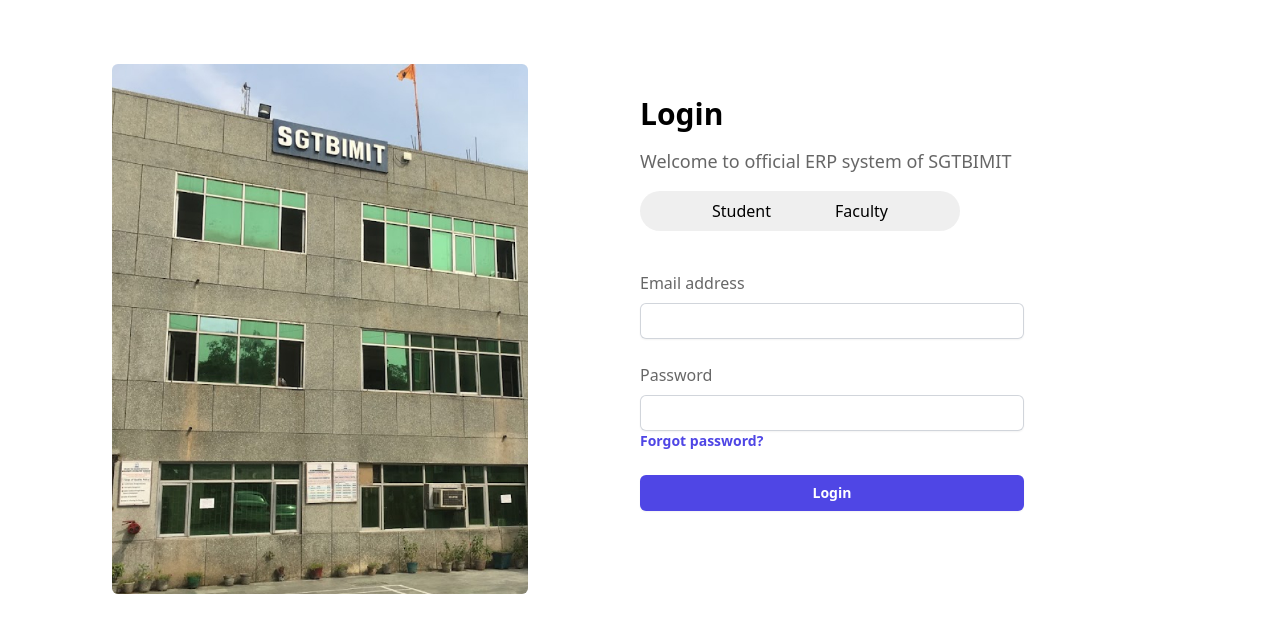
Repository: SehajBindra/SGTBIMIT-ERP-Client
Page: /StudentLogin
The author's editor kept a copy of each file at every save. The page is drawn from the files as they stood at one save, then again after the next save.
The browser window is 1280 px wide. The pictures show the whole page.
The project was rebuilt for these pictures with package versions that can differ from the ones it lists, and the page was loaded fresh each time. Also part of the build but not shown: src/LOGIN/Login.js, src/LOGIN/FACULTY/FacultyLogin.js, src/STUDENT_PAGE/StuBody.js, src/STUDENT_PAGE/StuSidebar.js, src/STUDENT_PAGE/StuHeader.js, src/STUDENT_PAGE/StudentHome.js, src/FACULTY_PAGE/FacBody.js, src/FACULTY_PAGE/FacHeader.js and 2 more.

Above is the page before, as saved 2023-05-14 16:06:29.

### src/App.js
import React from 'react';
import { BrowserRouter as Router, Routes, Route } from "react-router-dom";
import './App.css';
import Login from './LOGIN/Login';
import StudentLogin from './LOGIN/STUDENT/StudentLogin';
import FacultyLogin from './LOGIN/FACULTY/FacultyLogin';
import StuBody from './STUDENT_PAGE/StuBody';
import StudentHome from './STUDENT_PAGE/StudentHome';
import StuSidebar from './STUDENT_PAGE/StuSidebar';
import StuHeader from './STUDENT_PAGE/StuHeader';
import FacBody from './FACULTY_PAGE/FacBody';
import FacHeader from './FACULTY_PAGE/FacHeader';
import FacSidebar from './FACULTY_PAGE/FacSidebar';
import FacultyHome from './FACULTY_PAGE/FacultyHome';
function App() {
  return (
    <div className="App">
      <Router>
        <Routes>
        <Route exact path="/" element={<Login />}></Route>
        <Route exact path="StudentLogin" element={<StudentLogin/>}></Route>
        <Route exact path="FacultyLogin" element={<FacultyLogin/>}></Route>
        <Route exact path="StuBody" element={<StuBody/>}></Route>
        <Route exact path="StuSidebar" element={<StuSidebar/>}></Route>
        <Route exact path="StuHeader" element={<StuHeader/>}></Route>
        <Route exact path="StudentHome" element={<StudentHome/>}></Route>
        <Route exact path="FacBody" element={<FacBody/>}></Route>
        <Route exact path="FacHeader" element={<FacHeader/>}></Route>
        <Route exact path="FacSidebar" element={<FacSidebar/>}></Route>
        <Route exact path="FacultyHome" element={<FacultyHome/>}></Route>
        </Routes>
      </Router>
    </div>
  );
}

export default App;

### src/LOGIN/STUDENT/StudentLogin.js
import React, { useEffect, useState } from "react";
import VisibilityIcon from "@mui/icons-material/Visibility";
import VisibilityOffIcon from "@mui/icons-material/VisibilityOff";

const StudentLogin = () => {
  const [translate, setTranslate] = useState(false);
  const [username, setUsername] = useState("");
  const [password, setPassword] = useState("");
  const [showPassword, setShowPassword] = useState(false);
  const [loading] = useState(false);

  useEffect(() => {
    setTimeout(() => {
      setTranslate(true);
    }, 1000);
  }, []);

  return (
    <div className=" grid grid-cols-4 h-[530px] my-16 mx-auto max-w-7xl ">
      <div className=" col-span-2">
        <img
          className="hidden md:inline h-[530px] object-cover rounded-md"
          src="/sgtb.jpg"
          alt="banner_image"
        />
      </div>

      <div className="bg-white text-left   col-span-2 my-8">
        <h2 className="text-3xl  font-semibold">Login</h2>
        <p className="text-black/60 text-[18px] my-4">
          Welcome to official ERP system of SGTBIMIT
        </p>

        <div
          className="flex  flex-row items-center  justify-center h-10 text-[#
            1B449C] bg-[#EEEE] max-w-xs  space-x-16 capitalize text-[16px] rounded-[32px]"
        >
          <p>student</p>
          <p className="">faculty</p>
        </div>

        <div>
          <div className="mt-10 text-[16px]  sm:w-full sm:max-w-sm">
            <form className="space-y-6" action="#" method="POST">
              <div>
                <label className="block text-left  font-normal leading-6 text-black/60">
                  Email address
                </label>
                <div className="mt-2">
                  <input
                    id="email"
                    name="email"
                    type="email"
                    autoComplete="email"
                    required
                    className="block w-full rounded-md border-0 py-1.5 text-gray-900 shadow-sm ring-1 ring-inset ring-gray-300 placeholder:text-gray-400 focus:ring-2 focus:ring-inset focus:ring-indigo-600 sm:text-sm sm:leading-6"
                  />
                </div>
              </div>

              <div>
                <div className="flex items-center justify-between">
                  <label
                    htmlFor="password"
                    className="block  font-normal leading-6 text-black/60"
                  >
                    Password
                  </label>
                </div>
                <div className="mt-2">
                  <input
                    id="password"
                    name="password"
                    type="password"
                    autoComplete="current-password"
                    required
                    className="block w-full rounded-md border-0 py-1.5 text-gray-900 shadow-sm ring-1 ring-inset ring-gray-300 placeholder:text-gray-400 focus:ring-2 focus:ring-inset focus:ring-indigo-600 sm:text-sm sm:leading-6"
                  />
                </div>
                <div className="text-sm">
                  <a
                    href="#"
                    className="font-semibold text-indigo-600 hover:text-indigo-500"
                  >
                    Forgot password?
                  </a>
                </div>
              </div>

              <div>
                <button
                  type="submit"
                  className="flex w-full justify-center rounded-md bg-indigo-600 px-3 py-1.5 text-sm font-semibold leading-6 text-white shadow-sm hover:bg-indigo-500 focus-visible:outline focus-visible:outline-2 focus-visible:outline-offset-2 focus-visible:outline-indigo-600"
                >
                  Login
                </button>
              </div>
            </form>
          </div>
        </div>
      </div>
    </div>
  );
};

export default StudentLogin;

### src/LOGIN/Login.css
*{
    margin: 0;
    padding: 0;
}
.display{
    min-height: 100vh;
    width: 100%;
    background-image: url("back.jpg");
    background-repeat: no-repeat;
    background-size: cover;
    background-position: center;
    position: relative;

}

Loaded but not shown: public/index.html (common file); src/index.js (common file); src/index.css (common file); src/App.css (common file); tailwind.config.js (common file)

After the next save:
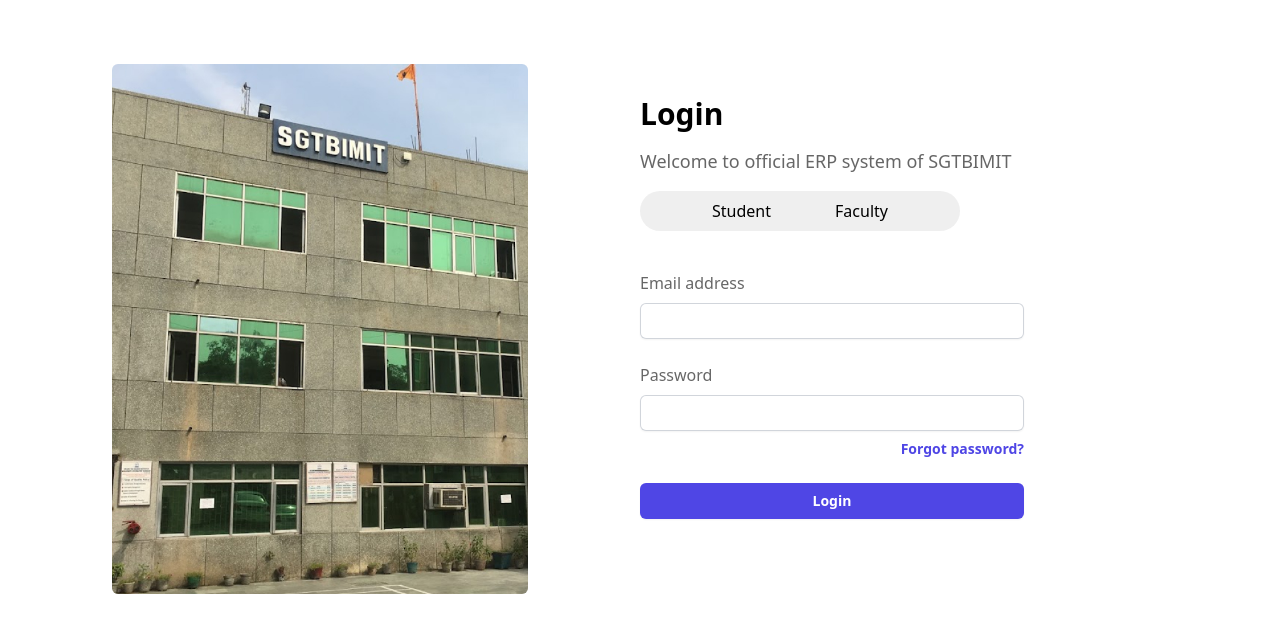
Saved 15 s later.
--- a/src/LOGIN/STUDENT/StudentLogin.js
+++ b/src/LOGIN/STUDENT/StudentLogin.js
@@ -77,7 +77,7 @@
                     className="block w-full rounded-md border-0 py-1.5 text-gray-900 shadow-sm ring-1 ring-inset ring-gray-300 placeholder:text-gray-400 focus:ring-2 focus:ring-inset focus:ring-indigo-600 sm:text-sm sm:leading-6"
                   />
                 </div>
-                <div className="text-sm">
+                <div className="text-sm text-right my-2">
                   <a
                     href="#"
                     className="font-semibold text-indigo-600 hover:text-indigo-500"
